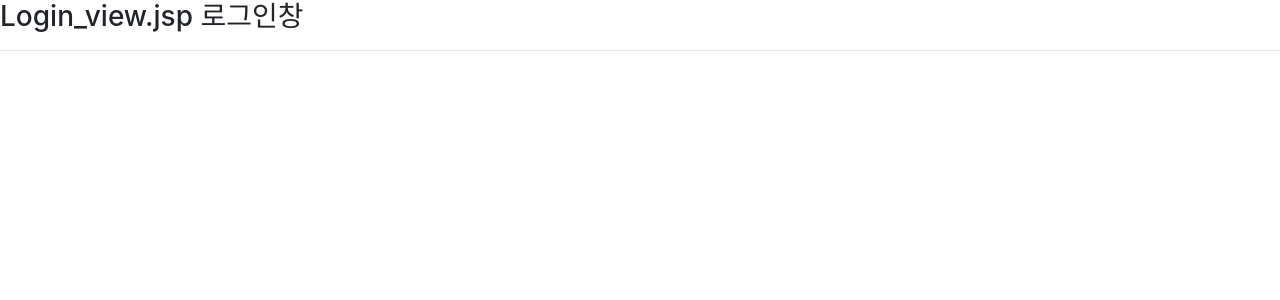
Repository: snowskyblue/SpringEx
Page: http://localhost/1209ajax2/
These files come from the project's save history. The page is drawn as it stood at one moment and after the next save; the edit follows.
The browser window is 1280 px wide. The pictures show the whole page.
The page is served by Tomcat 9.

Above is the page before, as saved 2019-12-09 02:11:03.

After the next save:
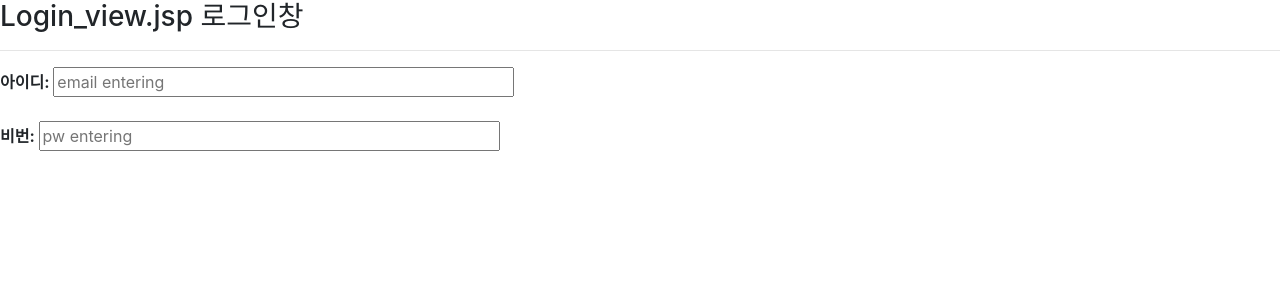
Saved 87 s later.
--- a/1209ajax2/src/main/webapp/WEB-INF/views/login_view.jsp
+++ b/1209ajax2/src/main/webapp/WEB-INF/views/login_view.jsp
@@ -24,6 +24,8 @@
 <h3>Login_view.jsp 로그인창</h3>
 <hr/>
 <form id="frm1" action="login" method="post">
+	<b>아이디: </b> <input type="email" name="uid" size="40" placeholder="email entering" required><br/><br/>
+	<b>비번: </b> <input type="password" name="upw" size="40" placeholder="pw entering" required><br/><br/>
 
 </form>
 
